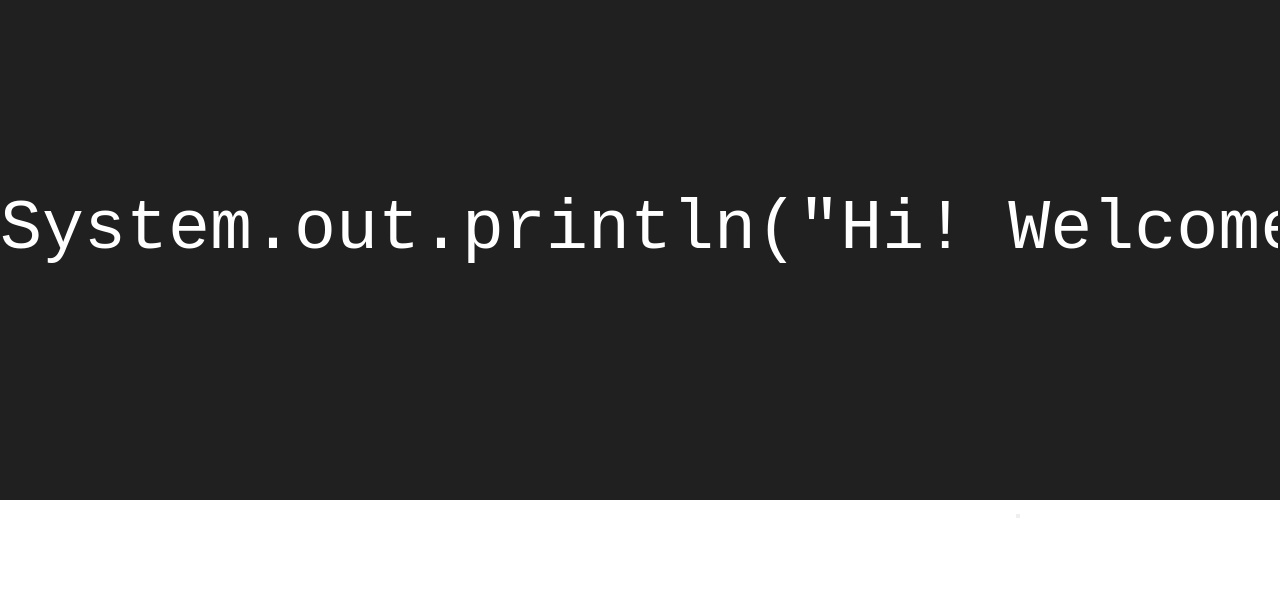
Repository: janry-gracia/Divinagracia_FinalProject
Page: Pages/storyofmylife.html
An editor plug-in stored every save of this project. The page is shown before and after the next save, followed by the edit.
The browser window is 1280 px wide. The pictures show the whole page.

Above is the page before, as saved 2021-05-18 01:04:12.
Console error: TypeError: Cannot read properties of null (reading 'addEventListener')

### Pages/storyofmylife.html
<!DOCTYPE html>
<html lang="en">
<head>
    <meta charset="UTF-8">
    <meta http-equiv="X-UA-Compatible" content="IE=edge">
    <meta name="viewport" content="width=device-width, initial-scale=1.0">
    <title>Story of My Life</title>
    <link rel="stylesheet" href="https://maxcdn.bootstrapcdn.com/bootstrap/3.4.1/css/bootstrap.min.css">
    <script src="https://ajax.googleapis.com/ajax/libs/jquery/3.5.1/jquery.min.js"></script>
    <script src="https://maxcdn.bootstrapcdn.com/bootstrap/3.4.1/js/bootstrap.min.js"></script>
    <link rel="stylesheet" href="/css/bootstrap.css">
    <link rel="stylesheet" href="/css/storyofmylife.css">
</head>
<body>

    <div class="container-fluid ">

        <div class="container-fluid message">
            <p class="message typewriter">System.out.println("Hi! Welcome to my LIFE.")</p>
        </div>

        <nav class="navbar navbar-expand-md navbar-light bg-light sticky-top">
            <div class="container-fluid container-nav">
                <a href="#" class="navbar-brand"><img src="/Pictures/logo.png" alt="Picture of My logo"></a>
                <button class="navbar-toggler" type="button" data-toggle="collapse" data-target="#navbarResponsive">
                    <span class="navbar-togller-icon"></span>
                </button>
            </div>
        </nav>




    </div>


    <script src ="/js/jquery-3.6.0.min.js"></script>
    <script src="/js/bootstrap.js"></script>
    <script src="/js/script.js"></script>

</body>
</html>

### css/storyofmylife.css
@import url('https://fonts.googleapis.com/css2?family=Fira+Code:wght@300;400;500&display=swap');

*{
    padding: 0;
    margin: 0;
    box-sizing: border-box;
}

html, body{
    height: 100%;
    width: 100%;
    overflow: hidden;

}

.container-fluid{
    padding: 0;
    margin: 0;
    box-sizing: border-box;
}

div.message{
    height: 500px;
    background-color: rgb(32, 32, 32);
    text-align: center;

}

p.message{
    margin-top: 180px;
    font-family: 'Fire Code', monospace;
    font-size: 5em;
    font-weight: 200;
    color: white;
    border-right: solid 2px rgb(255, 255, 255);
    white-space: nowrap;
    overflow: hidden;
    animation: animated-text 4s steps(45,end) 1s 1 normal both ,
               animated-cursor 1000ms steps(45,end) infinite alternate;
}

.nav{
    background-color: rgb(92, 92, 92);
}



  /* Animation */
  @keyframes animated-text{
    from{width: 0%;}
    to{width: 100%;}
  }

  /* cursor animations */

  @keyframes animated-cursor{
    from{border-right-color: rgb(255, 255, 255);}
    to{border-right-color: transparent;}
  }

### js/script.js
let btn1= document.querySelector(".box1");
let btn2 = document.querySelector(".box2");
let text = document.querySelector(".greeting");
let frontpage = document.querySelector(".frontpage");
let secondpage = document.querySelector(".secondpage");
let button = document.querySelector(".button");
let logo = document.querySelector(".logo");



btn1.addEventListener("click", function() {
    btn1.classList.add("box1transition");
    btn1.style.transition = "transform 3s";
    btn2.classList.add("box2transition");
    btn2.style.transition = "transform 3s";
    text.style.animationName = "hidecontent";

    setTimeout(function () {
        window.open('Pages/backpage.html', '_self');
    }, 2500);

});


btn2.addEventListener("click", function() {
    btn1.classList.add("box1transition");
    btn1.style.transition = "transform 3s";
    btn2.classList.add("box2transition");
    btn2.style.transition = "transform 3s";
    text.style.animationName = "hidecontent";
    setTimeout(function () {
        window.open('Pages/backpage.html', '_self');
    }, 2500);

});


text.addEventListener("click", function() {
    btn1.classList.add("box1transition");
    btn1.style.transition = "transform 3s";
    btn2.classList.add("box2transition");
    btn2.style.transition = "transform 3s";
    text.style.animationName = "hidecontent";
    setTimeout(function () {
        window.open('Pages/backpage.html', '_self');
    }, 2500);

});

Loaded but not shown: css/bootstrap.css (library); js/jquery-3.6.0.min.js (library); js/bootstrap.js (library)

After the next save:
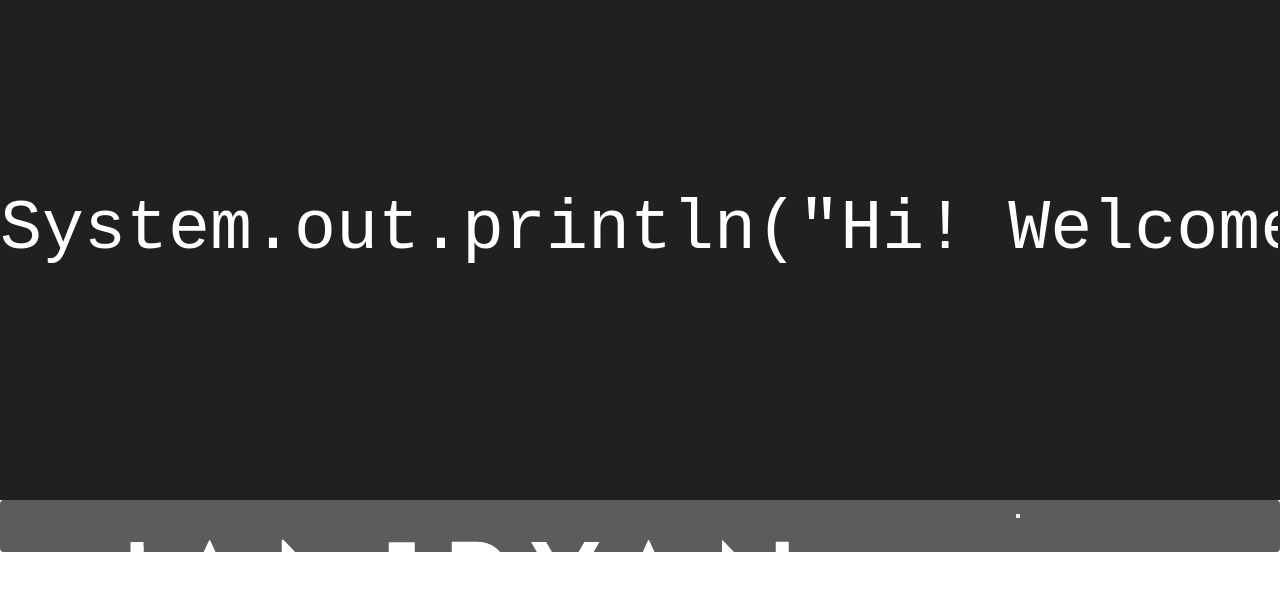
Saved 98 s later.
--- a/css/storyofmylife.css
+++ b/css/storyofmylife.css
@@ -39,7 +39,7 @@ p.message{
                animated-cursor 1000ms steps(45,end) infinite alternate;
 }
 
-.nav{
+.navbar{
     background-color: rgb(92, 92, 92);
 }
 
